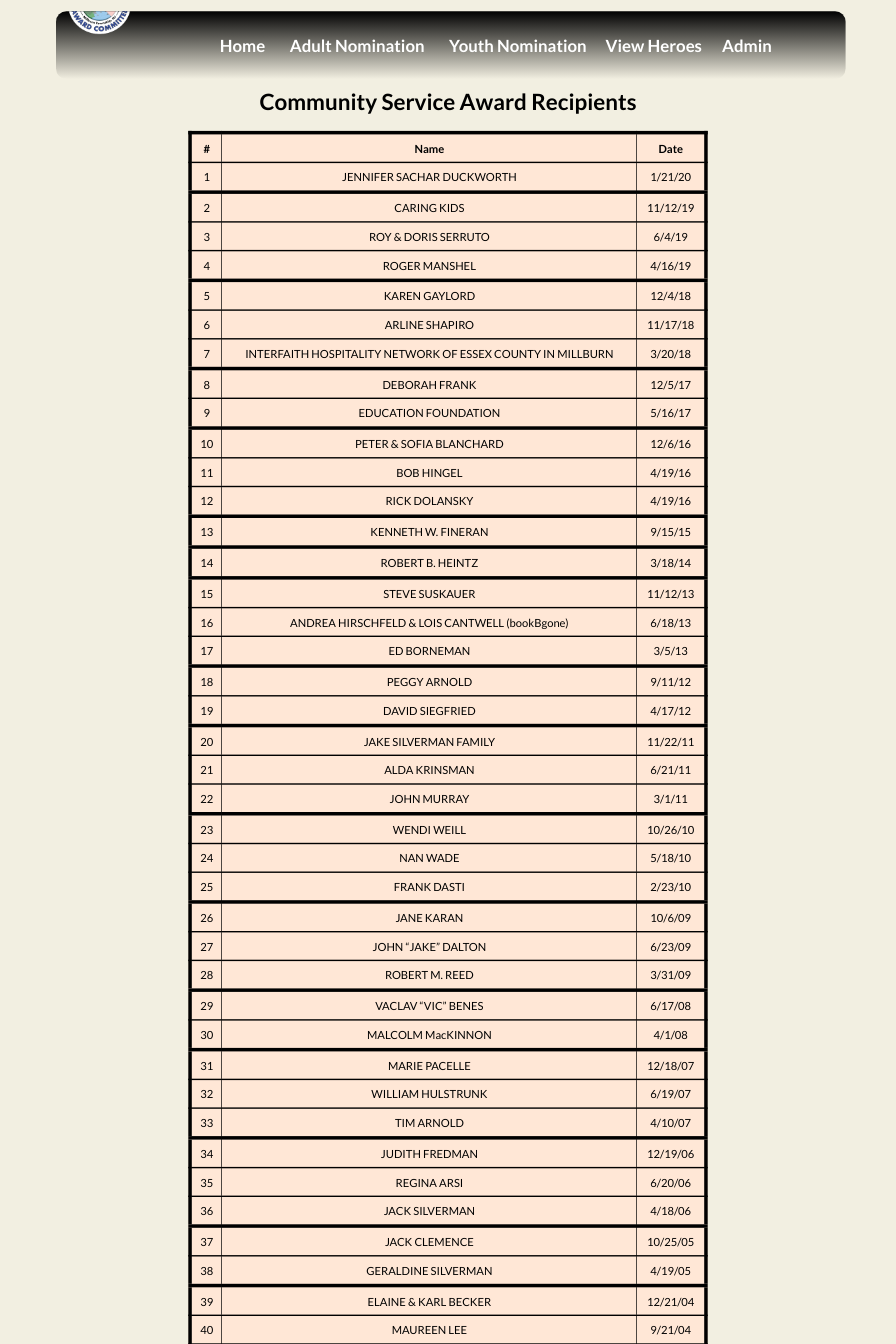
Repository: Centrattic/Young-Heroes-Website
Page: http://localhost/Frontend/before2020.php
These files come from the project's save history. The page is drawn as it stood at one moment and after the next save; the edit follows.
The browser window is 1280 px wide. The pictures show the part of the page from y = 0 to 1920 px (the page is 3810 px tall), at 70% of full size.
The page is run by PHP 8.4 with error messages shown; the project is at /var/www/html/.

Above is the page before, as saved 2020-12-21 14:22:41.

After the next save:
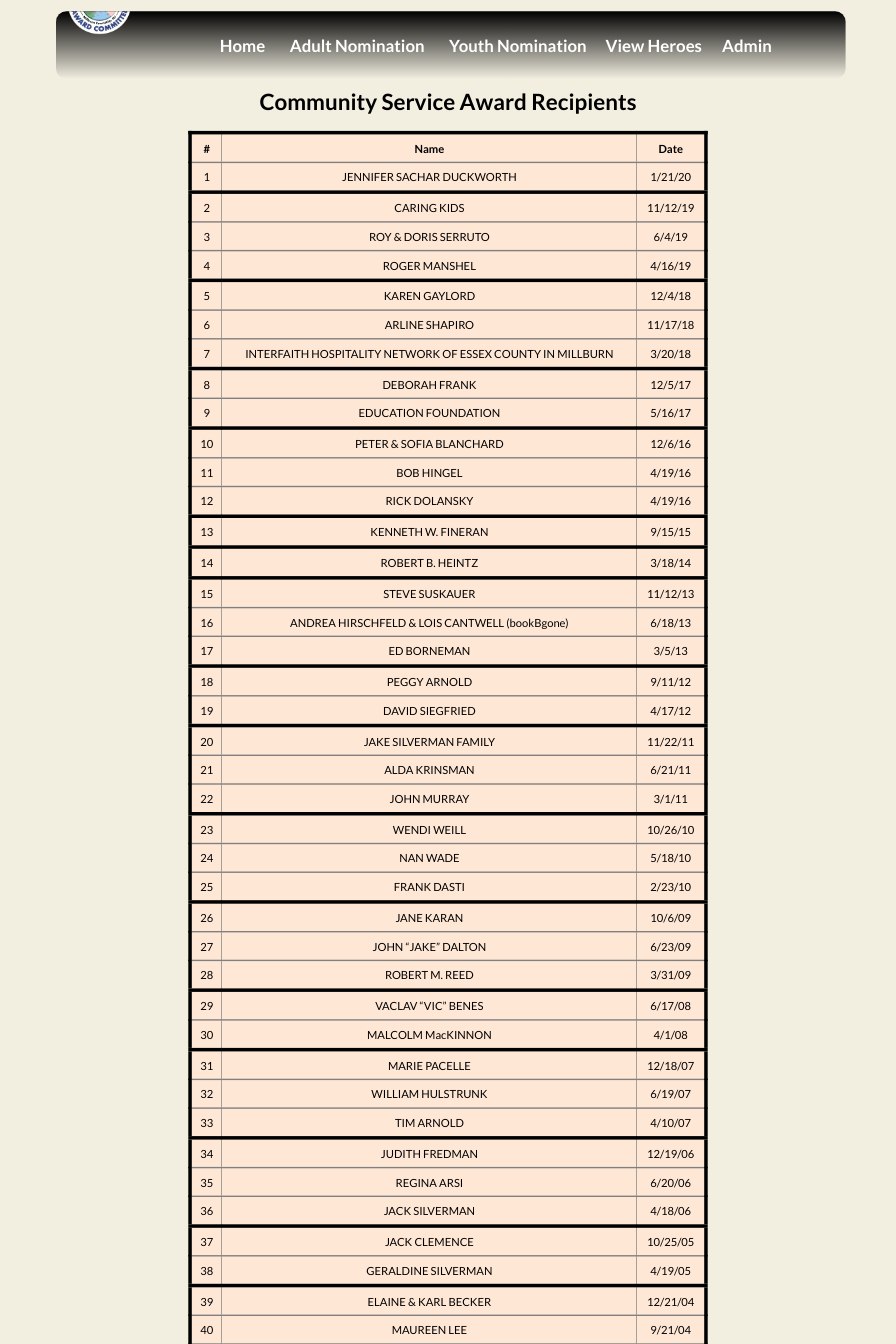
Saved 19 s later.
--- a/Eagle Project/Frontend/before2020.php
+++ b/Eagle Project/Frontend/before2020.php
@@ -41,7 +41,7 @@ require '../Backend/dbhconnect.php';
         }*/
 
         tr {
-            border: 2px solid black;
+            border: 2px solid gray;
         }
 
         .last-of-year {
